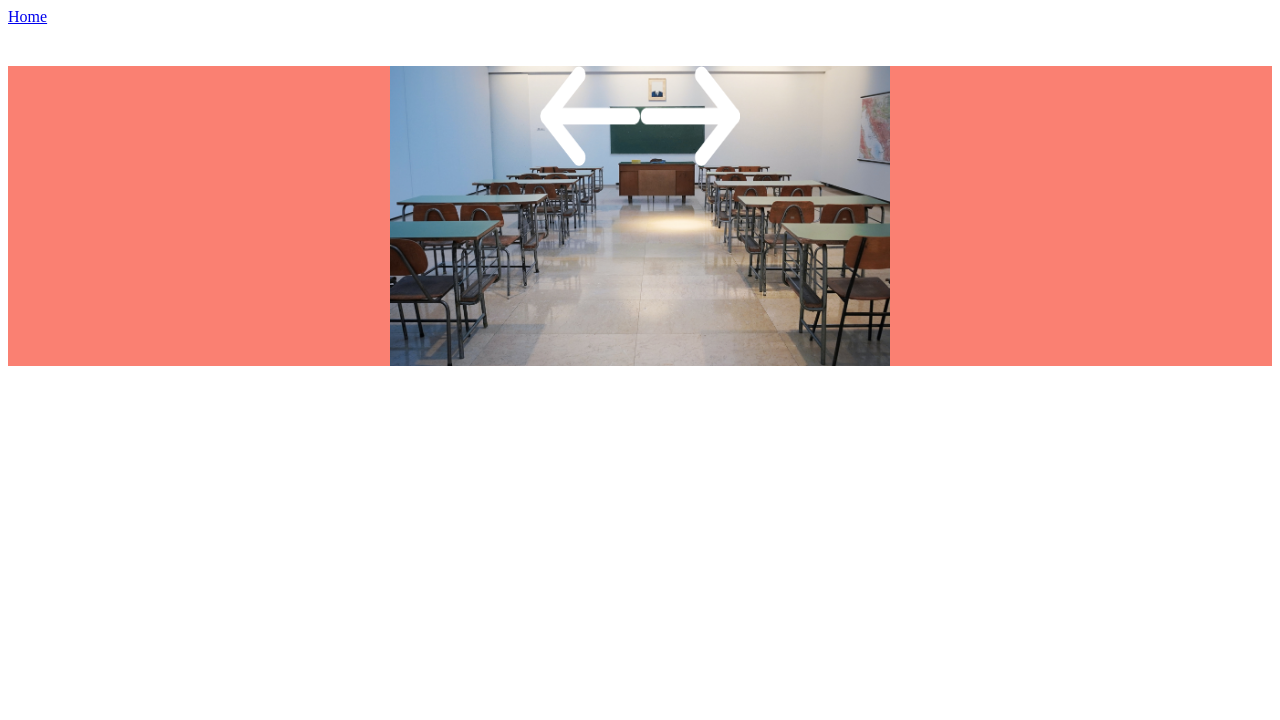
Repository: RonanKhalilOlaes/Class08
Page: /carouselPage
The author's editor kept a copy of each file at every save. The page is drawn from the files as they stood at one save, then again after the next save.
The browser window is 1280 px wide. The pictures show the whole page.
The project was rebuilt for these pictures with package versions that can differ from the ones it lists, and the page was loaded fresh each time. The framework's server and built-in components were replaced by stand-ins that run in the browser. Also part of the build but not shown: next.config.js.

Above is the page before, as saved 2023-02-20 22:46:27.

### pages/carouselPage.js
import Carousel from "@/component/carousel";
import Link from "next/link";

export default function CarouselPage() {
    return (
        <>
            <Link href="/">Home</Link>
            <Carousel/>
        </>
    )
}

### styles/globals.css
:root {

}

### component/carousel/index.js

import Image from "next/image"
import { useState } from "react"
import styles from '/component/carousel/Carousel.module.css'

export default function Carousel () {

    const [img, setImg] = useState(0);

    const changeImage = (change) => {
            if(change == "backward") {
                setImg(img - 1);

                if(img == 0){
                    setImg(5);
                }
                console.log(img);

            }else if (change == "forward") {
                setImg(img +1);
                if(img == 5) {
                    setImg(0);
                }
                console.log(img);
            }

        }

    return (
        <div
            className={styles.carousel}
            id="carouselImage"
        >
            <div style={{
                backgroundImage:"url(/carousel-images/" + img + ".jpg)",
                backgroundSize: 'cover',
                backgroundRepeat: "no-repeat",
                width: 500,
                height: 300
            }}>

            <div className={styles.arrow}>
                <Image
                    src={"/icons/leftArrow.png"}
                    alt={"/icons/leftArrow.png"}
                    width={100}
                    height={100}
                    onClick={() => changeImage("backward")}
                />

                <Image
                    src={"/icons/rightArrow.png"}
                    alt={"/icons/rightArrow.png"}
                    width={100}
                    height={100}
                    onClick={() => changeImage("forward")}
                />
            </div>

            </div>
        </div>
    )
}

### component/carousel/Carousel.module.css
.carousel {
            height: "200px";
            background-Repeat: no-repeat;
            background-Size: "cover";
            display: flex;
            justify-Content: center;
            align-items: center;
            margin: 40px 0px;
            background-color: salmon;
            height: 100%;
}

.arrow {
    display: flex;
    justify-content: center;
}

Loaded but not shown: pages/_app.js (common file); pages/_document.js (common file)

After the next save:
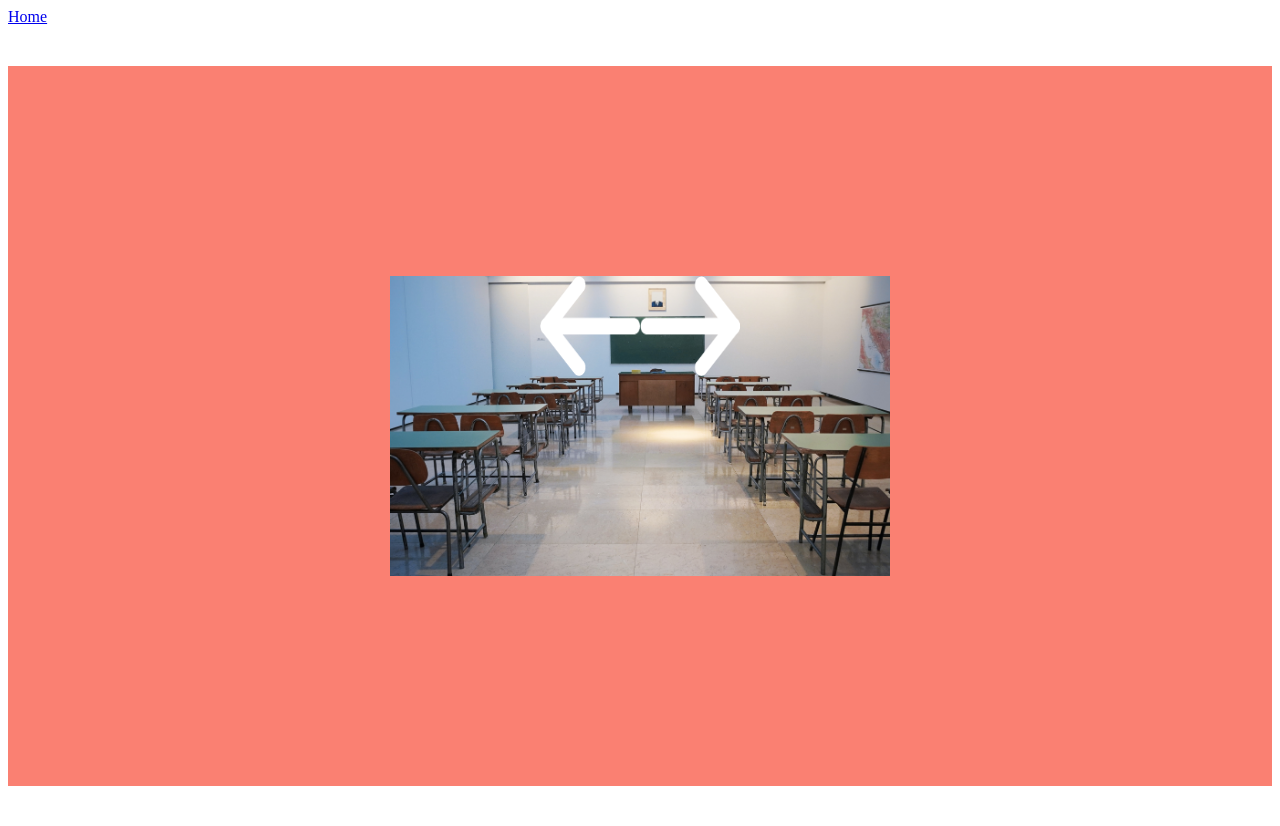
Saved 5 s later.
--- a/component/carousel/Carousel.module.css
+++ b/component/carousel/Carousel.module.css
@@ -7,7 +7,7 @@
             align-items: center;
             margin: 40px 0px;
             background-color: salmon;
-            height: 100%;
+            height: 100vh;
 }
 
 .arrow {
